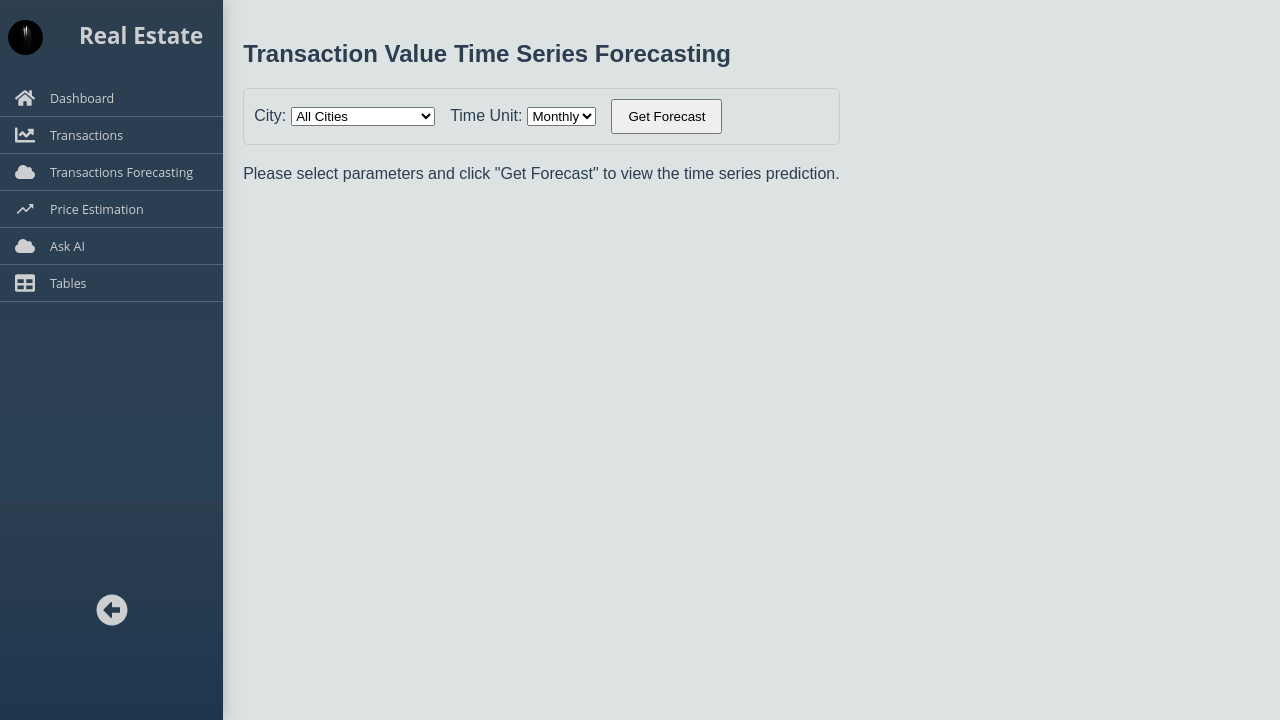
Repository: ZainabJammal/real-estate-system
Page: /transactions_forecasting (app in frontend/)
These files come from the project's save history. The page is drawn as it stood at one moment and after the next save; the edit follows.
The browser window is 1280 px wide. The pictures show the whole page.
The project was rebuilt for these pictures with package versions that can differ from the ones it lists, and the page was loaded fresh each time. Also part of the build but not shown: frontend/vite.config.js, frontend/src/Components/CustomCard/Custom.css, frontend/src/Components/CustomCard/Custom.jsx, frontend/src/Components/BarChart/BarChartComponent.css, frontend/src/Components/BarChart/BarChartComponent.jsx, frontend/src/Components/MainCard/MainCard.css, frontend/src/Components/MainCard/MainCard.jsx, frontend/src/Functions/apiLogic.js and 16 more.

Above is the page before, as saved 2025-06-10 14:36:28.

After the next save:
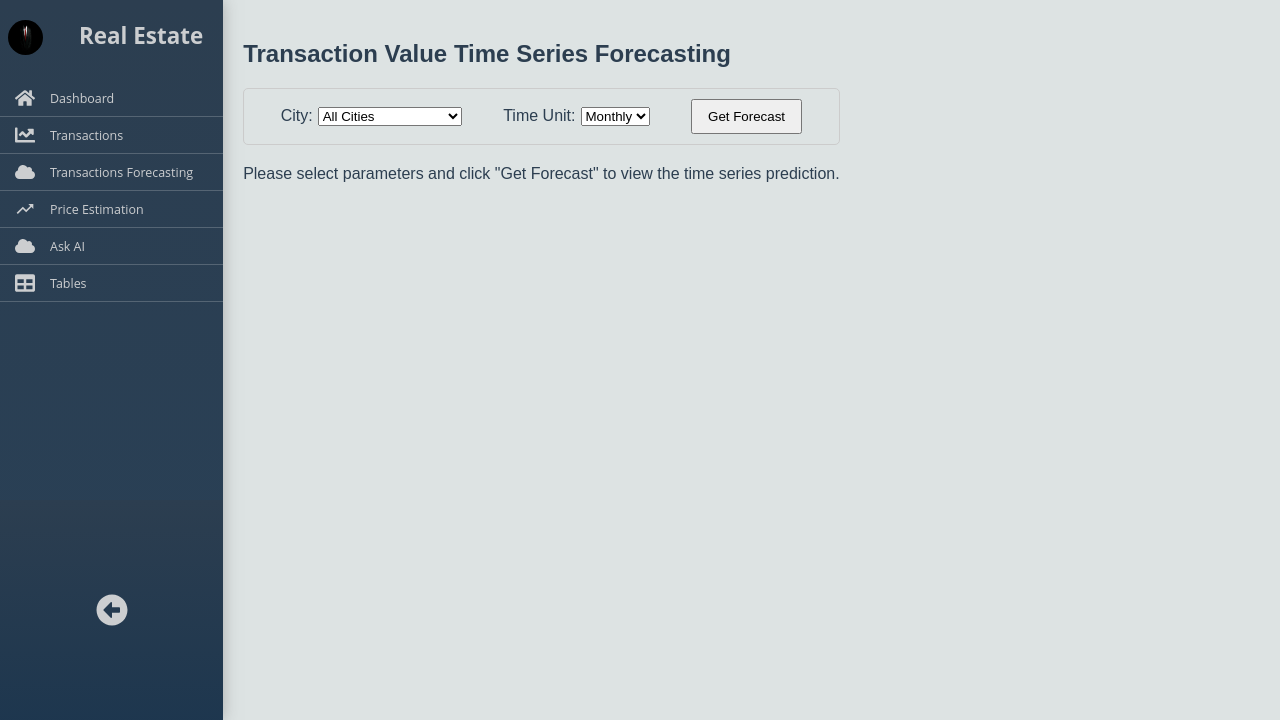
Saved 5 s later.
--- a/frontend/src/Pages/TransactionsForecasting.jsx
+++ b/frontend/src/Pages/TransactionsForecasting.jsx
@@ -143,7 +143,7 @@ const TimeSeriesForecasting = () => {
   return (
     <div className="prediction-container" style={{ padding: '20px', fontFamily: 'Arial, sans-serif' }}>
       <h2>Transaction Value Time Series Forecasting</h2>
-      <form onSubmit={handleSubmit} style={{ maxWidth:'100%',marginBottom: '20px', flexDirection:'row',  display: 'flex', flexWrap: 'nowrap', gap: '15px', justifyContent:'spaceEvenly',alignContent:'center',alignItems: 'center', padding: '10px', border: '1px solid #ccc', borderRadius: '5px' }}>
+      <form onSubmit={handleSubmit} style={{ maxWidth:'100%',marginBottom: '20px', flexDirection:'row',  display: 'flex', flexWrap: 'nowrap', gap: '15px', justifyContent:'space-evenly',alignContent:'center',alignItems: 'center', padding: '10px', border: '1px solid #ccc', borderRadius: '5px' }}>
         <div className="form-group">
           <label htmlFor="selectedCity" style={{ marginRight: '5px' }}>City:</label>
           <select
